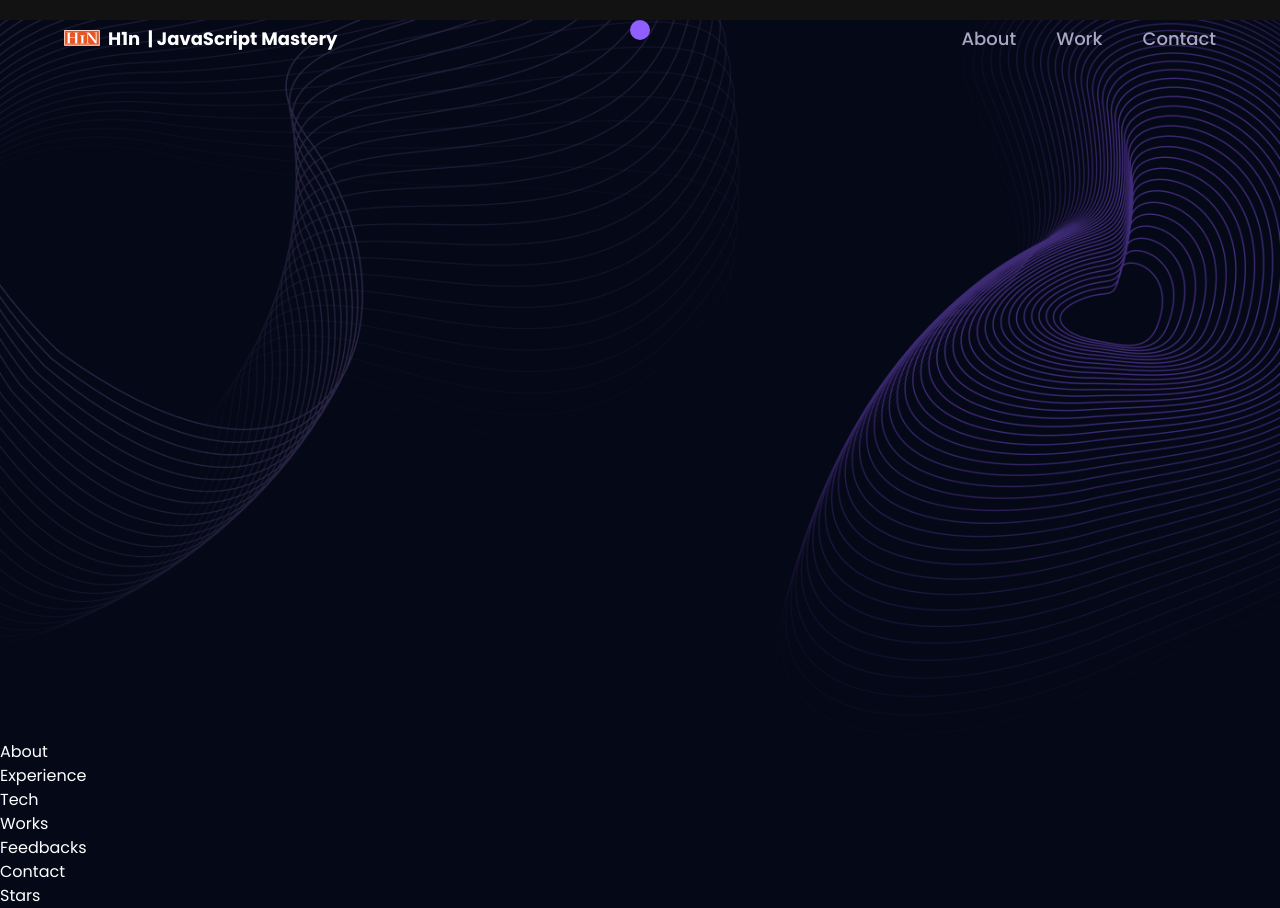
Repository: truonghuynhquy/3D_Portfolio
Page: /
The author's editor kept a copy of each file at every save. The page is drawn from the files as they stood at one save, then again after the next save.
The browser window is 1280 px wide. The pictures show the whole page.
The project was rebuilt for these pictures with package versions that can differ from the ones it lists, and the page was loaded fresh each time. Also part of the build but not shown: vite.config.js, src/components/canvas/Earth.jsx, src/components/canvas/Ball.jsx, src/components/canvas/Computers.jsx. Imported but missing from the stored project, and not drawn on this page: src/components/hoc, src/components/styles, src/components/utils/motion.

Above is the page before, as saved 2023-04-09 00:42:25.

After the next save:
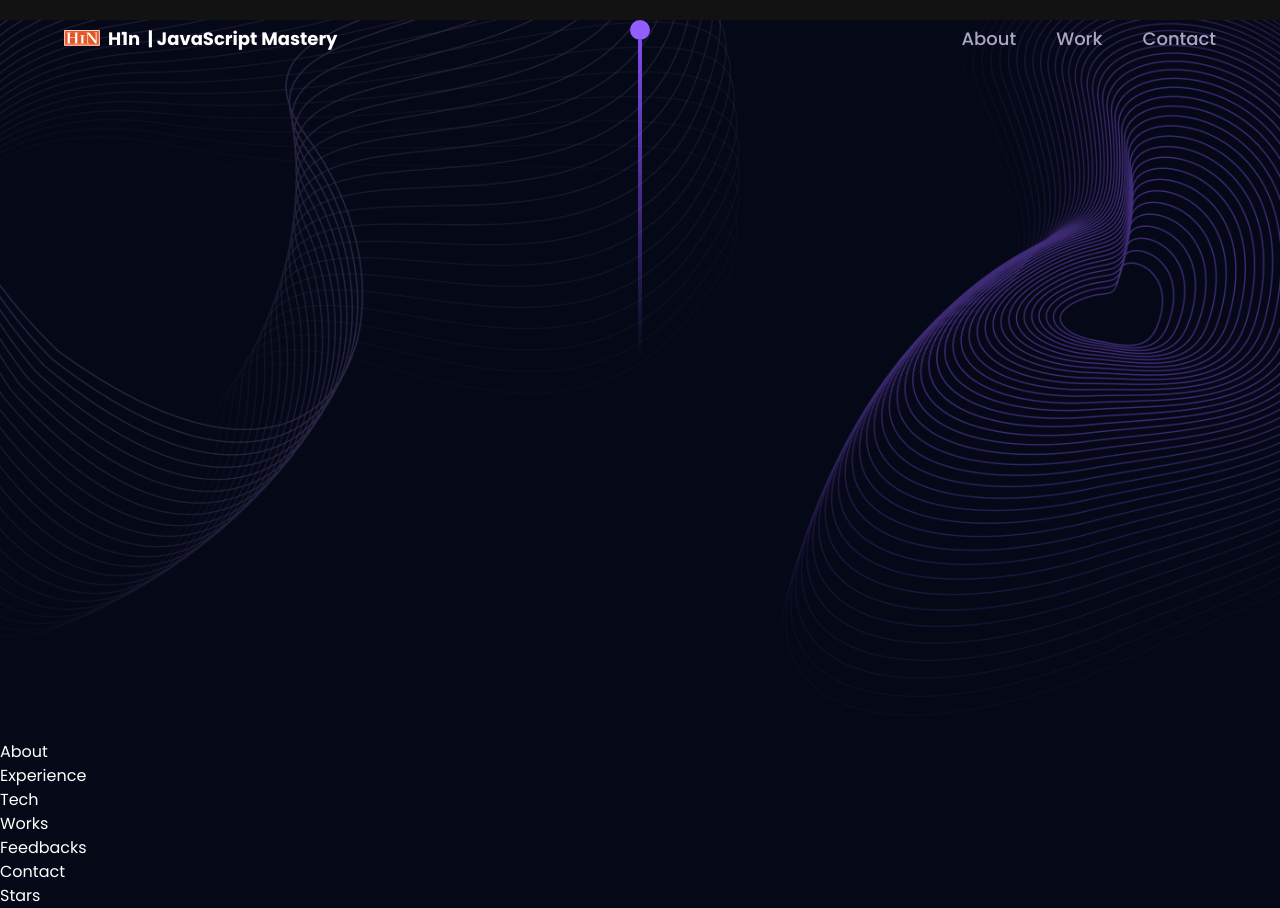
Saved 51 s later.
--- a/src/components/Hero.jsx
+++ b/src/components/Hero.jsx
@@ -11,6 +11,7 @@ const Hero = () => {
             ></div>
             <div className="flex flex-col justify-center items-center mt-5">
                 <div className="w-5 h-5 rounded-full bg-[#915EFF]" />
+                <div className="w-1 sm:h-80 h-40 violet-gradient" />
             </div>
         </section>
     );
